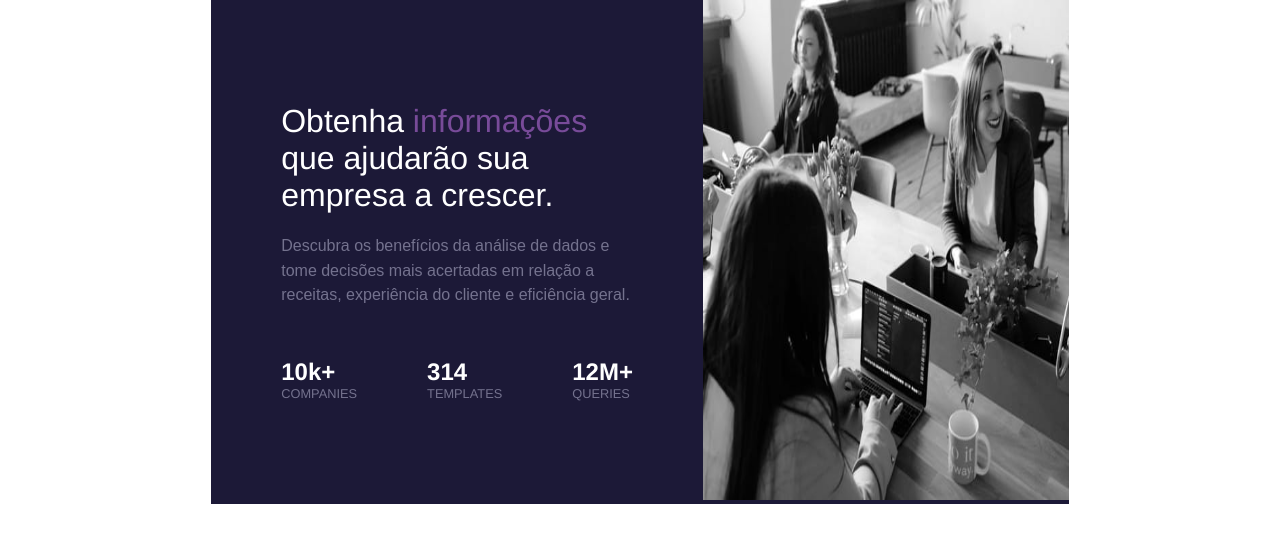
Repository: caique2512/componentes-de-estatisticas
Page: index.html
An editor plug-in stored every save of this project. The page is shown before and after a run of saves, followed by the edit.
The browser window is 1280 px wide. The pictures show the whole page.

Above is the page before, as saved 2026-03-03 17:44:26.

After the next 3 saves:
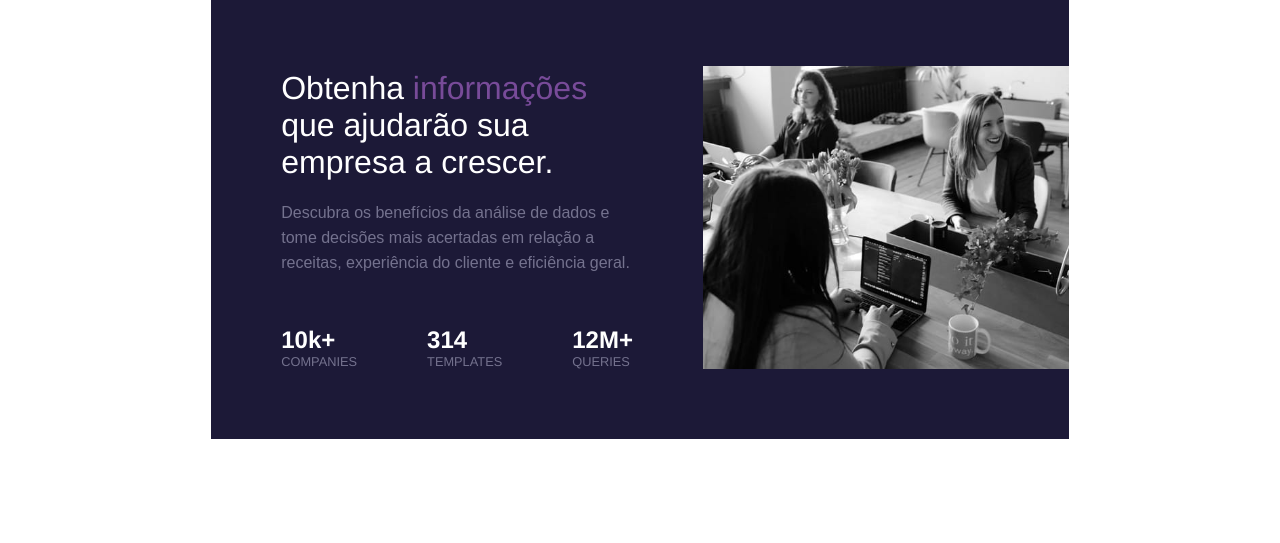
The 3 saves are shown as one change because they came seconds apart.
The last was saved 8 s later.
--- a/src/estilos.css
+++ b/src/estilos.css
@@ -51,5 +51,5 @@
 
 .conteudo .img img {
     width: 100%;
-    height: 500px;
+    height: 100%;
 }
